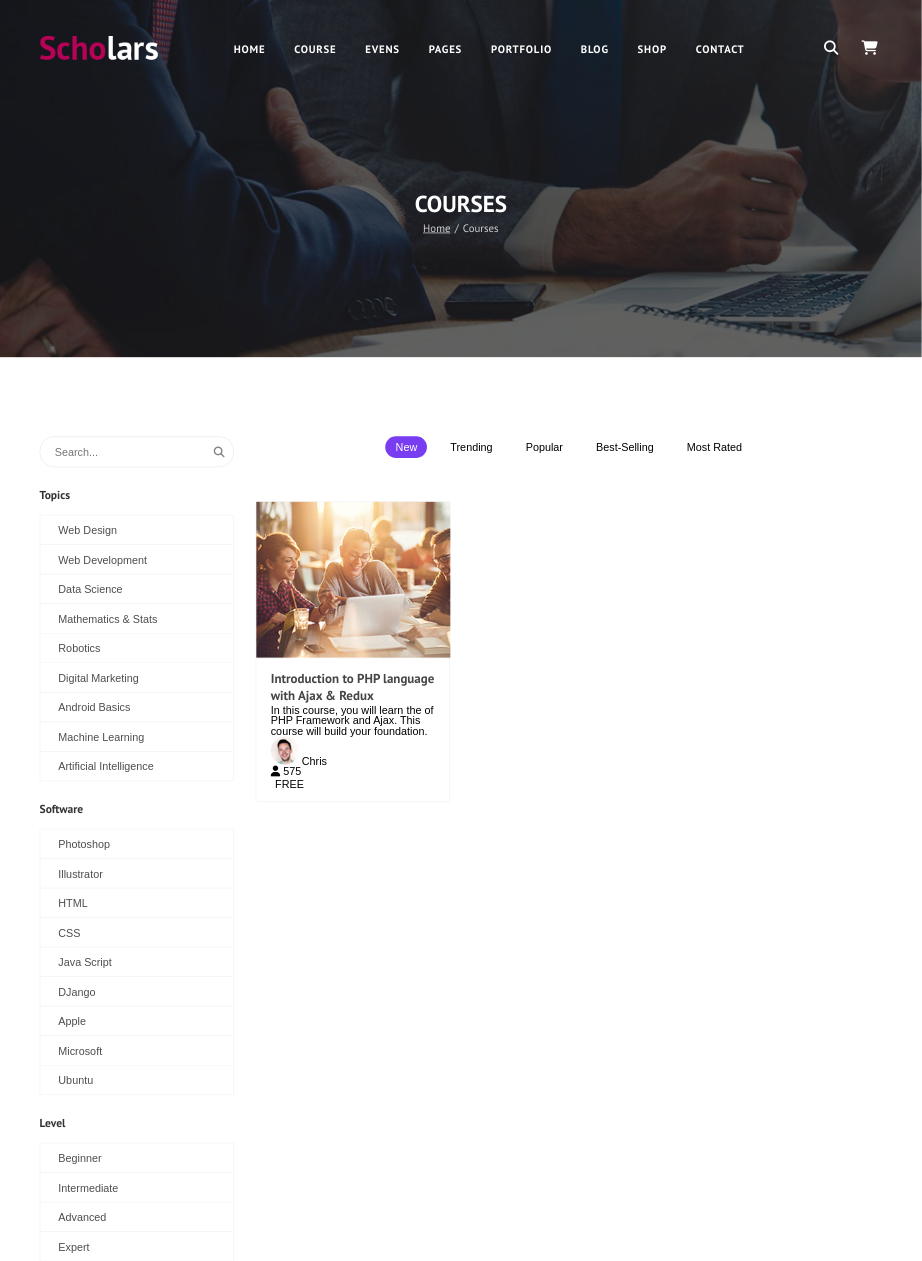
Repository: lannguyen1301/f8-zoom-day-7
Page: index.html
The author's editor kept a copy of each file at every save. The page is drawn from the files as they stood at one save, then again after the next save.
The browser window is 1280 px wide. The pictures show the whole page, at 72% of full size.
Some web fonts or font styles are not loaded; a fallback is used.

Above is the page before, as saved 2025-04-25 12:31:34.

### index.html
<!DOCTYPE html>
<html lang="en">

<head>
    <meta charset="UTF-8">
    <meta name="viewport" content="width=device-width, initial-scale=1.0">
    <title>Scholars - Education, University & LMS HTML Template</title>

    <!-- Styles -->
    <link rel="stylesheet" href="./assets/css/reset.css">
    <link rel="stylesheet" href="./assets/css/style.css">

    <!-- Icon Font Awesome -->
    <link rel="stylesheet" href="https://cdnjs.cloudflare.com/ajax/libs/font-awesome/6.7.2/css/all.min.css"
        integrity="sha512-Evv84Mr4kqVGRNSgIGL/F/aIDqQb7xQ2vcrdIwxfjThSH8CSR7PBEakCr51Ck+w+/U6swU2Im1vVX0SVk9ABhg=="
        crossorigin="anonymous" referrerpolicy="no-referrer" />

    <!-- Font -->
    <link rel="preconnect" href="https://fonts.googleapis.com">
    <link rel="preconnect" href="https://fonts.gstatic.com" crossorigin>

    <link
        href="https://fonts.googleapis.com/css2?family=PT+Sans:ital,wght@0,400;0,700;1,400;1,700&family=Source+Sans+3:ital,wght@0,200..900;1,200..900&display=swap"
        rel="stylesheet">
</head>

<body>
    <div class="wrapper">
        <!-- Start header wrapper -->
        <div class="header-wrapper">
            <div class="inner">
                <div class="container header-container">
                    <!-- Start Header -->
                    <div class="header">
                        <!-- logo -->
                        <a href="./">
                            <img src="./assets/img/logo/logo.png" alt="Scholars Logo" class="header-logo">
                        </a>

                        <!-- Start Navigation -->
                        <ul class="nav">
                            <li class="item">
                                <a href="#!" class="link">Home</a>
                            </li>
                            <li class="item">
                                <a href="#!" class="link">Course</a>
                            </li>
                            <li class="item">
                                <a href="#!" class="link">Evens</a>
                            </li>
                            <li class="item">
                                <a href="#!" class="link">pages</a>
                            </li>
                            <li class="item">
                                <a href="#!" class="link">Portfolio</a>
                            </li>
                            <li class="item">
                                <a href="#!" class="link">Blog</a>
                            </li>
                            <li class="item">
                                <a href="#!" class="link">Shop</a>
                            </li>
                            <li class="item">
                                <a href="#!" class="link">Contact</a>
                            </li>
                        </ul>
                        <!-- End Navigation -->

                        <!-- User action -->
                        <div class="action-wrapper">
                            <button class="action-btn">
                                <i class="fa-solid fa-magnifying-glass"></i>
                            </button>
                            <button class="action-btn">
                                <i class="fa-solid fa-cart-shopping"></i>
                            </button>
                        </div>
                    </div>
                    <!-- End Header -->

                    <!-- Start Header Content -->
                    <div class="header-content">
                        <h1 class="heading">COURSES</h1>
                        <ul class="breadcrumb">
                            <li>
                                <a href="#!">Home</a>
                            </li>
                            <li>Courses</li>
                        </ul>
                    </div>
                    <!-- End Header Content -->
                </div>
            </div>
        </div>
        <!-- End header wrapper -->

        <!-- Start main -->
        <div class="main">
            <div class="container">
                <div class="inner">
                    <!-- Start sidebar -->
                    <div class="sidebar">
                        <!-- Start search form -->
                        <form action="" class="search-form" autocomplete="off">
                            <input type="text" name="" id="" placeholder="Search..." spellcheck="false"
                                class="search-input">
                            <button class="search-btn">
                                <i class="fa-solid fa-magnifying-glass"></i>
                            </button>
                        </form>
                        <!-- End search form -->

                        <!-- Start sidebar menu -->
                        <h2 class="menu-title">
                            Topics
                        </h2>
                        <ul class="menu">
                            <li>
                                <a href="#!">Web Design</a>
                            </li>
                            <li>
                                <a href="#!">Web Development</a>
                            </li>
                            <li>
                                <a href="#!">Data Science</a>
                            </li>
                            <li>
                                <a href="#!">Mathematics & Stats</a>
                            </li>
                            <li>
                                <a href="#!">Robotics</a>
                            </li>
                            <li>
                                <a href="#!">Digital Marketing</a>
                            </li>
                            <li>
                                <a href="#!">Android Basics</a>
                            </li>
                            <li>
                                <a href="#!">Machine Learning</a>
                            </li>
                            <li>
                                <a href="#!">Artificial Intelligence</a>
                            </li>
                        </ul>

                        <h2 class="menu-title">
                            Software
                        </h2>
                        <ul class="menu">
                            <li>
                                <a href="#!">Photoshop</a>
                            </li>
                            <li>
                                <a href="#!">Illustrator</a>
                            </li>
                            <li>
                                <a href="#!">HTML</a>
                            </li>
                            <li>
                                <a href="#!">CSS</a>
                            </li>
                            <li>
                                <a href="#!">Java Script</a>
                            </li>
                            <li>
                                <a href="#!">DJango</a>
                            </li>
                            <li>
                                <a href="#!">Apple</a>
                            </li>
                            <li>
                                <a href="#!">Microsoft</a>
                            </li>
                            <li>
                                <a href="#!">Ubuntu</a>
                            </li>
                        </ul>

                        <h2 class="menu-title">
                            Level
                        </h2>
                        <ul class="menu">
                            <li>
                                <a href="#!">Beginner</a>
                            </li>
                            <li>
                                <a href="#!">Intermediate</a>
                            </li>
                            <li>
                                <a href="#!">Advanced</a>
                            </li>
                            <li>
                                <a href="#!">Expert</a>
                            </li>
                        </ul>
                        <!-- End sidebar menu -->
                    </div>
                    <!-- End sidebar -->

                    <!-- Start main content -->
                    <div class="main-content">
                        <!-- Start topics -->
                        <ul class="topics">
                            <li class="active">
                                <a href="#!">New</a>
                            </li>
                            <li>
                                <a href="#!">Trending</a>
                            </li>
                            <li>
                                <a href="#!">Popular</a>
                            </li>
                            <li>
                                <a href="#!">Best-Selling</a>
                            </li>
                            <li>
                                <a href="#!">Most Rated</a>
                            </li>
                        </ul>
                        <!-- End topics -->

                        <!-- Start Courses lisst -->
                        <div class="courses-list">
                            <div class="courses-item">
                                <a href="#!" class="thumb-wrapper">
                                    <img src="./assets/img/courses-img/course-1.jpg" alt="" class="course-thumb">
                                </a>
                                <div class="course-info">
                                    <h3 class="course-title">
                                        <a href="#!">Introduction to PHP language with Ajax & Redux</a>
                                    </h3>
                                    <p class="course-desc">
                                        In this course, you will learn the of PHP Framework and Ajax. This course will
                                        build your foundation.
                                    </p>
                                    <div class="course-bottom">
                                        <div>
                                            <img src="./assets/img/avatar/avatar-author-1.jpg" alt="" class="avatar">

                                            <span>Chris</span>
                                        </div>
                                        <div>
                                            <i class="fa-solid fa-user"></i>
                                            <span>575</span>
                                        </div>
                                        <button class="course-btn">FREE</button>
                                    </div>
                                </div>
                            </div>
                        </div>
                        <!-- End Courses lisst -->
                    </div>
                    <!-- End main content -->
                </div>
            </div>
        </div>
        <!-- End main -->
    </div>

</body>

</html>

### assets/css/style.css
*,
::before,
::after {
    box-sizing: border-box;
}

:root {
    --heading-font: "PT Sans", sans-serif;
    --black: #000;
    --white: #fff;
    --primary: #b80257;
    --secondary: #783df0;
}

html {
    font-size: 62.5%;
}

body {
    scroll-behavior: smooth;
    font-family: "Source Sans 3", sans-serif;
    font-size: 1.5rem;
}

h1,
h2,
h3,
h4,
h5,
h6 {
    font-family: var(--heading-font);
    font-weight: 700;
}

input,
button {
    border: none;
    outline: none;
    background: transparent;
    cursor: pointer;
}

a,
img,
button,
input,
textarea,
select {
    font-size: inherit;
    font-family: inherit;
    color: inherit;
    -webkit-tap-highlight-color: transparent;
    /**
        Thuộc tính -webkit-tap-highlight-color được sử dụng trong CSS
        để kiểm soát hiệu ứng highlight (màu nhấp nháy) khi người dùng chạm vào
        một phần tử trên các thiết bị di động sử dụng trình duyệt WebKit (Safari, Chrome trên iOS).
    **/
}

.container {
    width: 1170px;
    max-width: 100%;
    margin: 0 auto;
}

/* Start header wrapper */
.header-wrapper {
    display: flex;
    width: 100%;
    min-height: 496px;
    background-image: url(../img/banner/banner-2.jpg);
    background-repeat: no-repeat;
    background-size: cover;
    background-position: center;
}

.header-wrapper .inner {
    display: flex;
    width: 100%;
    background: rgba(0, 0, 0, 0.6);
}

.header-container {
    display: flex;
    flex-direction: column;
}

.header {
    display: flex;
    align-items: center;
    justify-content: space-between;
    padding-top: 40px;
}

.header-content {
    display: flex;
    flex-direction: column;
    align-items: center;
    justify-content: center;
    gap: 10px;
    flex-grow: 1;
    color: var(--white);
}

.header .nav {
    display: flex;
}

.nav a {
    display: inline-block;
    padding: 20px;
    color: var(--white);
    text-transform: uppercase;
    text-decoration: none;
    font-family: var(--heading-font);
    font-weight: 700;
    font-size: 1.5rem;
    letter-spacing: 1.1px;
}

.action-wrapper {
    display: flex;
    align-items: center;
    justify-content: center;
    gap: 20px;
}

.action-btn {
    font-size: 2rem;
    color: var(--white);
}

h1.heading {
    font-size: 3.2rem;
}

.breadcrumb {
    display: flex;
    font-family: var(--heading-font);
    font-size: 1.5rem;
    color: #fffc;
}

.breadcrumb li + li::before {
    content: "/";
    padding: 0 6px;
}

/* Start main */
.main {
    margin-top: 110px;
}

.main .inner {
    display: flex;
    gap: 30px;
}

/* Start sidebar */
.sidebar {
    width: 270px;
}

.search-form {
    display: flex;
    align-items: center;
    height: 43px;
    border: 1px solid #00000017;
    border-radius: 20px;
    overflow: hidden;
}

.search-input {
    flex-grow: 1;
    padding-left: 20px;
}

.search-input:not(:placeholder-shown) + .search-btn {
    color: #333;
}

.search-btn {
    padding: 0 20px;
    /* height: 100%; */
    align-self: stretch;
    color: #00000080;
}

.menu-title {
    margin-top: 30px;
    color: #333;
    font-size: 1.6rem;
}

ul.menu {
    margin-top: 20px;
    border: 1px solid #0000000d;
}

ul.menu li + li {
    border-top: 1px solid #0000000d;
}

.menu a {
    display: flex;
    align-items: center;
    height: 40px;
    padding: 0 25px;
    color: #000000b3;
    text-decoration: none;
}

.menu a:hover {
    color: var(--secondary);
}

.main .main-content {
    flex-grow: 1;
}

/* Topics */
.topics {
    display: flex;
    gap: 18px;
    justify-content: center;
}

.topics a {
    display: inline-block;
    height: 30px;
    padding: 0 14px;
    border-radius: 999px;
    text-decoration: none;
    line-height: 30px;
}

.topics .active a,
.topics a:hover {
    background: var(--secondary);
    /* border-radius: 999px; */
    color: var(--white);
}

/* Courses list */
.courses-list {
    --columns: 3;
    --spacing: 30px;

    display: flex;
    flex-wrap: wrap;
    row-gap: var(--spacing);
    margin-top: 60px;
    margin-left: calc(-1 * var(--spacing));
}

.courses-item {
    /* display: flex;
    align-items: center;
    justify-content: center; */
    width: calc(100% / var(--columns) - var(--spacing));
    margin-left: var(--spacing);
    border: 1px solid #0000000d;
}

.courses-item .thumb-wrapper {
    display: block;
    aspect-ratio: 1 / 0.8;
    /* 270 / 217
    hoặc ghi 1.24
     */
}

.course-item .course-thumb {
    display: block;
    width: 100%;
    height: 100%;
    object-fit: cover;
}

.courses-item .course-info {
    padding: 15px 20px;
}

.courses-item .course-title a {
    font-size: 1.8rem;
    color: #464646;
    text-decoration: none;
    line-height: 1.3;
}

Loaded but not shown: assets/css/reset.css (common file)

After the next save:
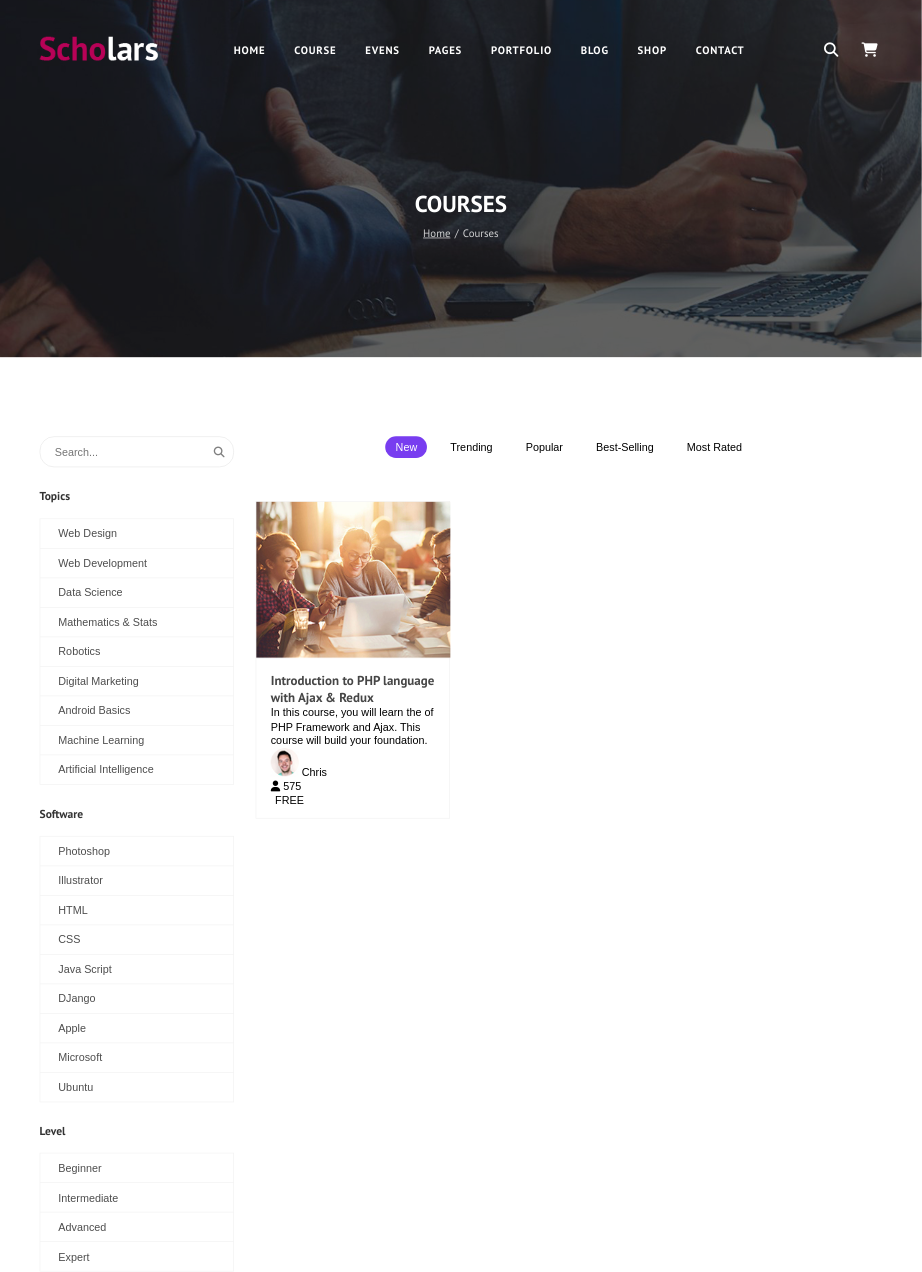
Saved 5 min 36 s later.
--- a/assets/css/style.css
+++ b/assets/css/style.css
@@ -20,6 +20,7 @@ body {
     scroll-behavior: smooth;
     font-family: "Source Sans 3", sans-serif;
     font-size: 1.5rem;
+    line-height: 1.3;
 }
 
 h1,
@@ -285,5 +286,4 @@ ul.menu li + li {
     font-size: 1.8rem;
     color: #464646;
     text-decoration: none;
-    line-height: 1.3;
-}
+}
